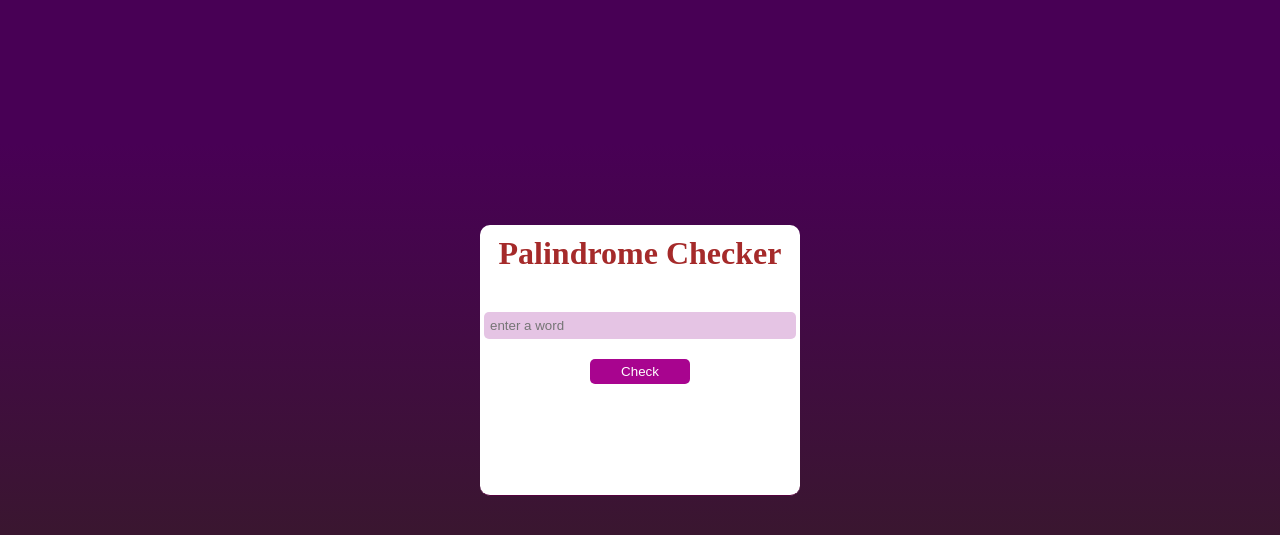
Repository: albinsabu2023/palindromeChecker
Page: index.html
The author's editor kept a copy of each file at every save. The page is drawn from the files as they stood at one save, then again after the next save.
The browser window is 1280 px wide. The pictures show the whole page.

Above is the page before, as saved 2023-09-12 01:34:14.

### index.html
<!DOCTYPE html>
<html lang="en">
<head>
    <meta charset="UTF-8">
    <meta name="viewport" content="width=device-width, initial-scale=1.0">
    <title>Document</title>
    <link rel="stylesheet" href="style.css">
</head>
<body>
    <div class="container">
        <h1>Palindrome Checker</h1>
        <span> </span>
        <input type="text" id="inputText" placeholder="enter a word">
        <button id="checkButton">Check</button>
        <div id="result">

        </div>
    </div>
    <script src="home.js"></script>
</body>
</html>

### style.css
*{
    margin:0;

}
body{
    display: flex;
    align-items: center;
    justify-content: center;
    height: 100vh;
    background:linear-gradient(rgb(72, 0, 85) 20%, rgb(58, 22, 48) 74%) ;
}
.container{
    padding: 10px;
    margin: 10px;
    background-color: white;
    border-radius: 10px;
    display: flex;
    flex-direction: column ;
    align-items: center;
    /* justify-content: center; */
    gap: 20px;
    width: 300px;
    height: 250px;
    border-bottom: 1px solid rgb(85, 2, 62);
}
.container h1{
    color: brown;

}

.container input{
    background-color: rgb(170, 60, 165,30%);
    border-radius: 5px;
    padding: 6px;
    border:none;
    width: 100%;

}
.container input:focus{
    outline: none;
}
.container button{
    border: none;
    background-color: rgb(168, 4, 143);
    padding: 5px;
    width: 100px;
    border-radius: 5px;
    color: white;



}
.container button:hover{
    background-color: rgb(119, 29, 109);
}

Loaded but not shown: home.js (no copy from this time; the picture is the same without it)

After the next save:
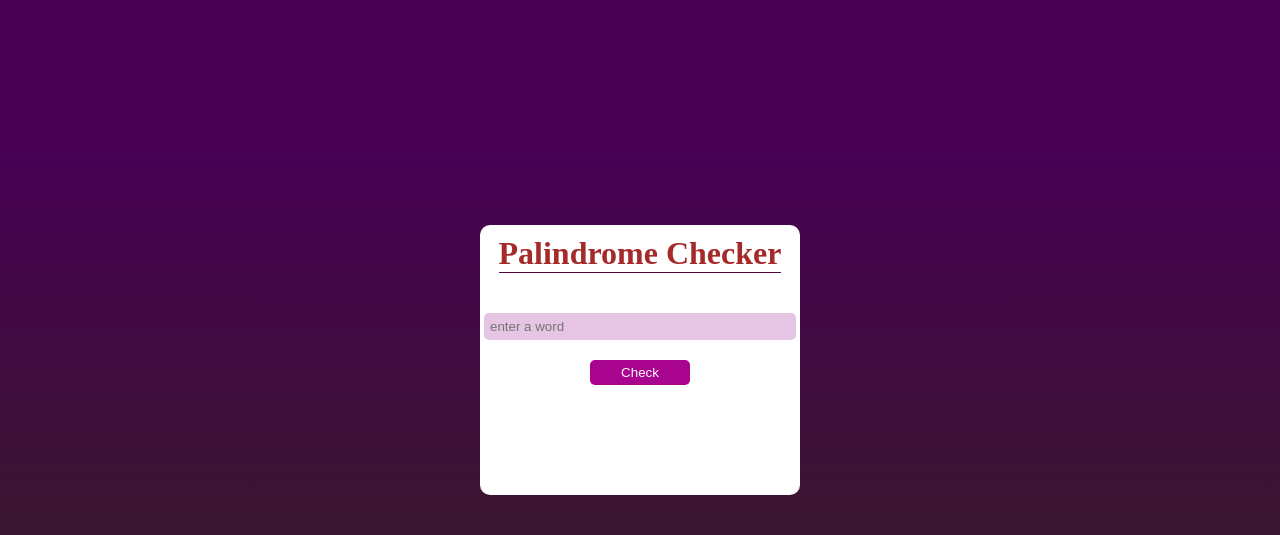
Saved 8 s later.
--- a/style.css
+++ b/style.css
@@ -21,11 +21,11 @@ body{
     gap: 20px;
     width: 300px;
     height: 250px;
-    border-bottom: 1px solid rgb(85, 2, 62);
+
 }
 .container h1{
     color: brown;
-
+    border-bottom: 1px solid rgb(85, 2, 62);
 }
 
 .container input{
